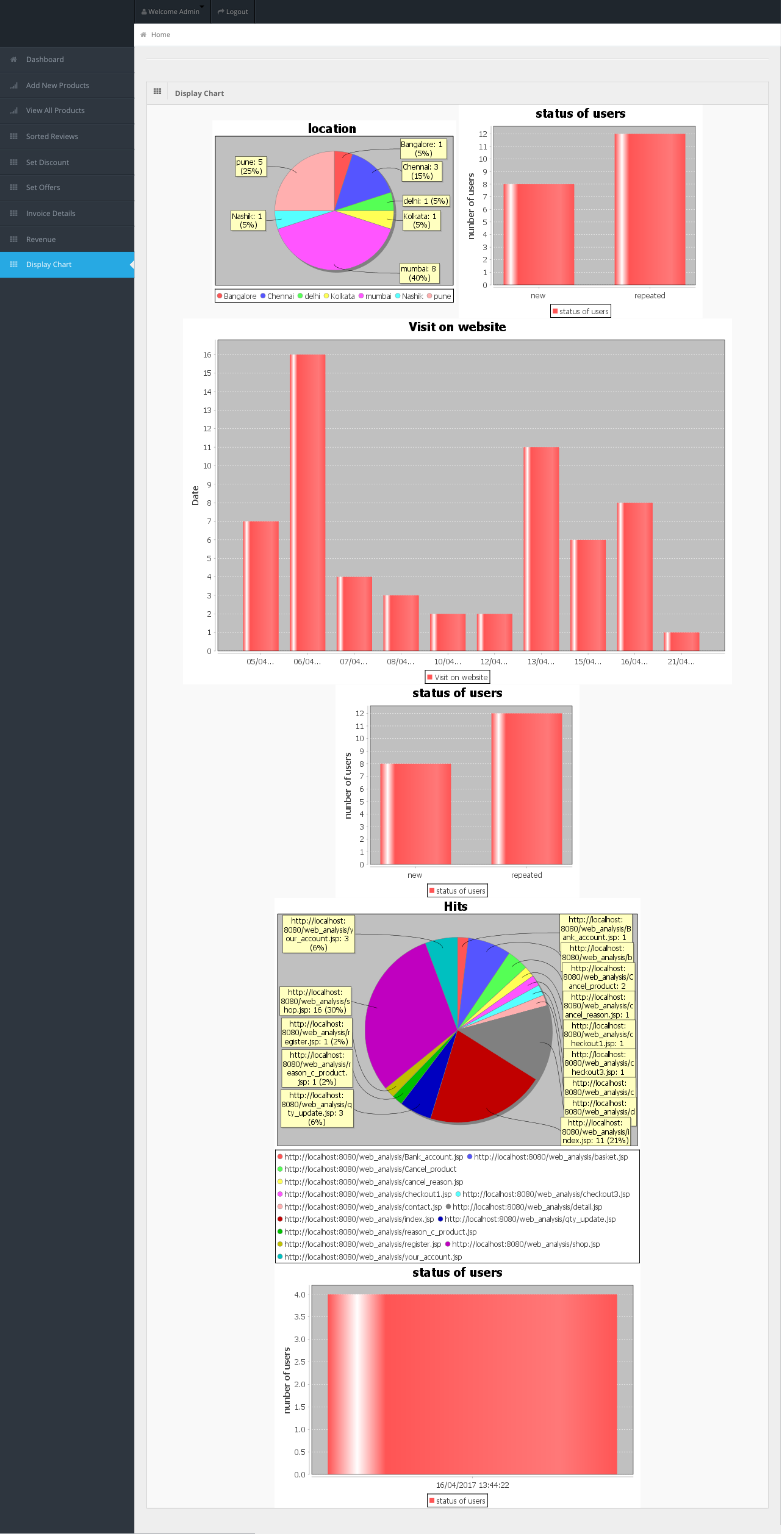
Repository: swati1010/web-analytics
Page: http://localhost/web_analysis/display_chart.jsp
An editor plug-in stored every save of this project. The page is shown before and after the next save, followed by the edit.
The browser window is 1280 px wide. The pictures show the whole page, at 61% of full size.
The page is served by Tomcat 9. The template is opened directly, without the code that normally fills it, so the values that code supplies are empty.

Above is the page before, as saved 2017-04-20 11:23:36.
Console error (its wording comes from the project's code and is left out).

After the next save:
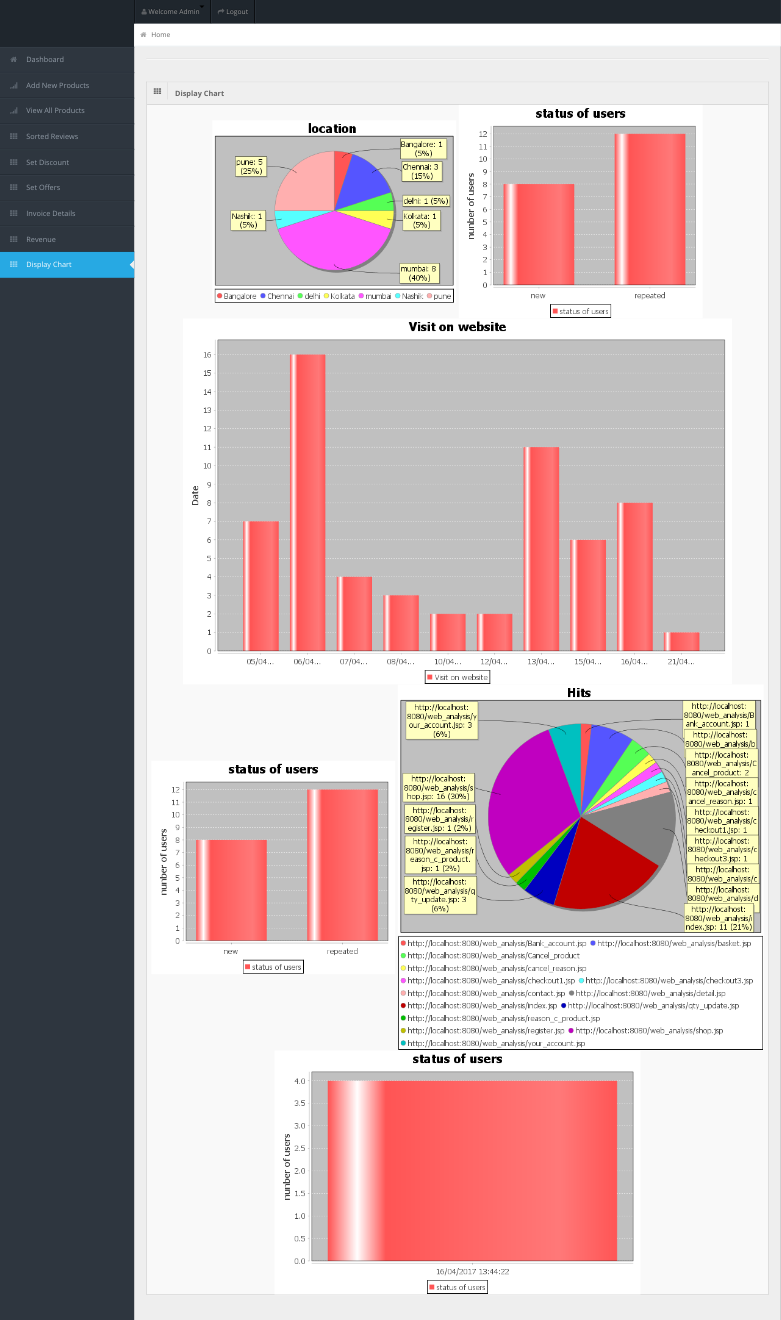
Saved 2 min 35 s later.
--- a/web_analysis/WebContent/display_chart.jsp
+++ b/web_analysis/WebContent/display_chart.jsp
@@ -140,9 +140,9 @@ margin-left: 4em;
                 <div class="pie" id="pie4"></div><br> -->
 
                  <img alt="" src="Chart//location.png">
-                  <img alt="" src="Chart//New_repeat.png"><br>
+                  <img alt="" src="Chart//New_repeat.png">
                <img alt="" src="Chart//visit_On_Website.png"><br>
-               <img alt="" src="Chart//New_repeat.png"><br>
+               <img alt="" src="Chart//New_repeat.png">
                 <img alt="" src="Chart//hits.png"><br>
                  <img alt="" src="Chart//active_user.png"><br>
                </center>
